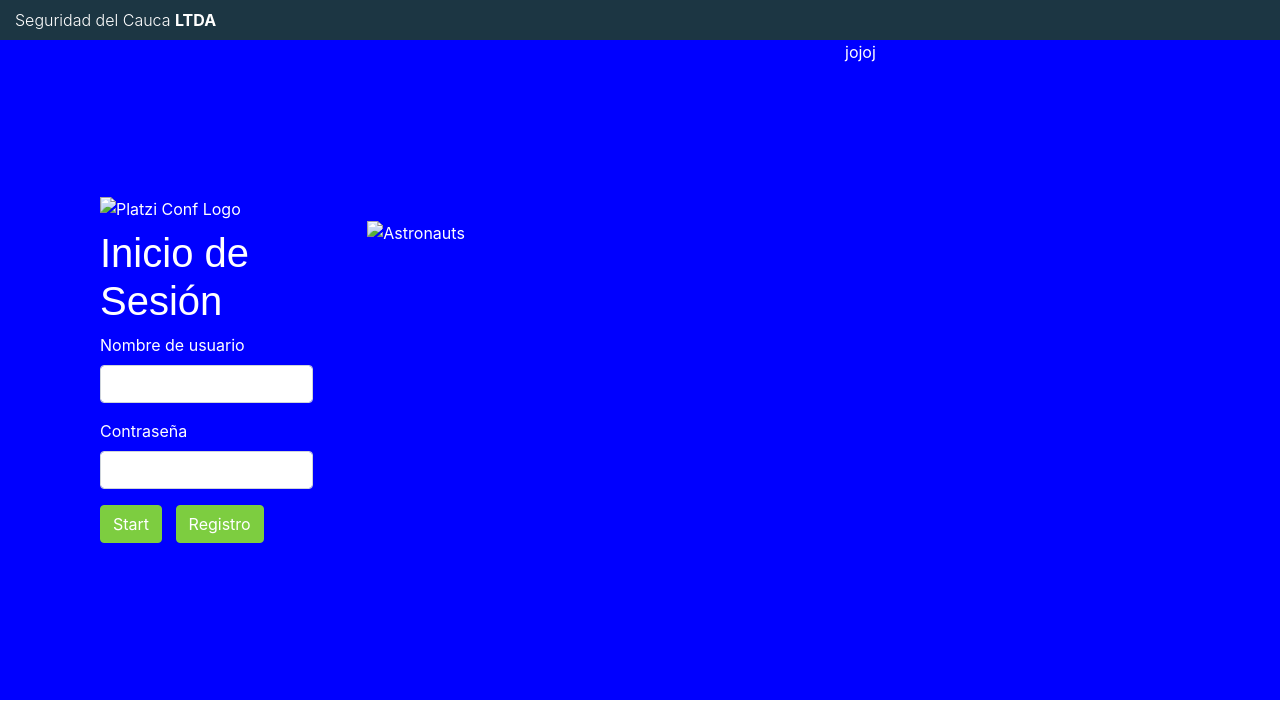
Repository: CristianPalta1/pages_react
Page: /
An editor plug-in stored every save of this project. The page is shown before and after the next save, followed by the edit.
The browser window is 1280 px wide. The pictures show the whole page.
The project was rebuilt for these pictures with package versions that can differ from the ones it lists, and the page was loaded fresh each time. Also part of the build but not shown: src/components/Container.jsx, src/pages/Dashboard.jsx, src/pages/IngresoDoc.jsx, src/pages/NotifiDoc.jsx, src/components/Registros.jsx, src/components/styles/BadgesList.css, src/components/BadgeList.jsx, src/components/styles/Badges.css and 3 more.

Above is the page before, as saved 2019-08-25 14:06:41.

After the next save:
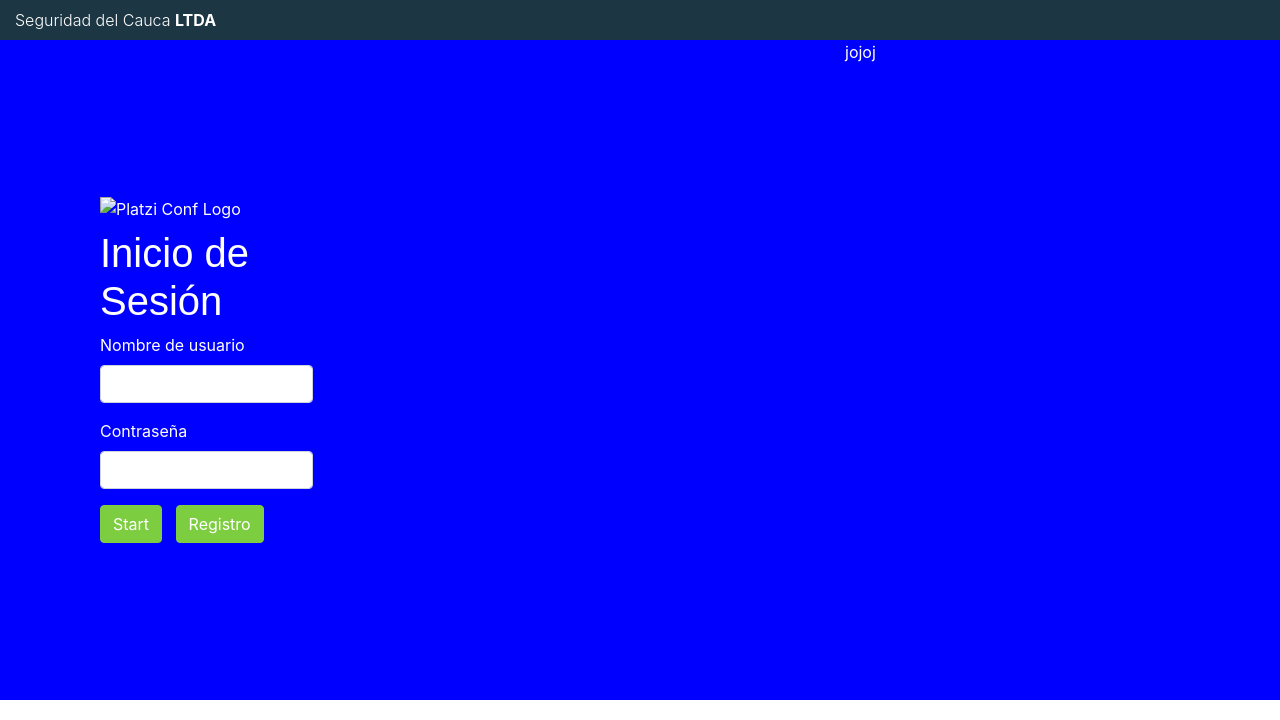
Saved 2 min 3 s later.
--- a/src/components/Forms.jsx
+++ b/src/components/Forms.jsx
@@ -81,13 +81,13 @@ class Forms extends React.Component {
 
             </div>
 
-            <div className="Home__col d-none d-md-block col-md-8">
+            {/* <div className="Home__col d-none d-md-block col-md-8">
               <img
                 // src={astronautsImage}
                 alt="Astronauts"
                 className="img-fluid p-4"
               />
-            </div>
+            </div> */}
           </div>
         </div>
       </div>
